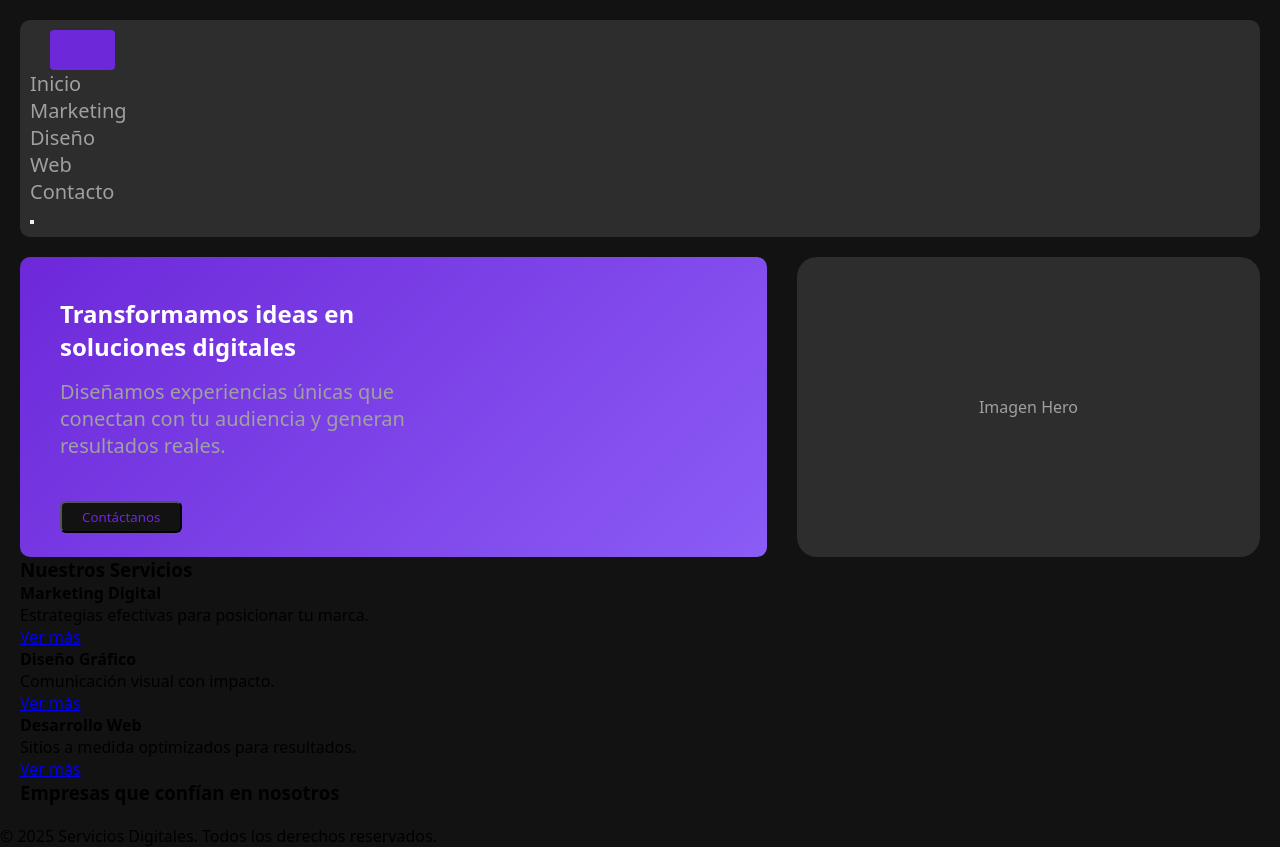
Repository: santinogarrone/TrabajoAgustin
Page: html/index.html
The author's editor kept a copy of each file at every save. The page is drawn from the files as they stood at one save, then again after the next save.
The browser window is 1280 px wide. The pictures show the whole page.

Above is the page before, as saved 2025-05-02 11:04:22.

### html/index.html
<!DOCTYPE html>
<html lang="en">
<head>
    <meta charset="UTF-8">
    <meta name="viewport" content="width=device-width, initial-scale=1.0">
    <link rel="stylesheet" href="../css/style.css">
    <title>Página de Agustin</title>
</head>
<body>

    <header>
        <nav class="nav-bar">
            <div class="cuadrado-violeta">

            </div>


            <ul class="nav-list">
                <li class="nav-item"><a href="">Inicio</a></li>
                <li class="nav-item"><a href="">Marketing</a></li>
                <li class="nav-item"><a href="">Diseño</a></li>
                <li class="nav-item"><a href="">Web</a></li>
                <li class="nav-item"><a href="">Contacto</a></li>
            </ul>

            <button class="menu-icon" aria-label="menu">
                <span class="menu-line"></span>
                <span class="menu-line"></span>
                <span class="menu-line"></span>
            </button>
        </nav>
    </header>
        <main>

            <section class="main-contact">
                <div class="contacto">
                    <h2 class="tit-contacto">Transformamos ideas en soluciones digitales</h2>
                    <p class="explicacion">Diseñamos experiencias únicas que conectan con tu audiencia y generan resultados reales.</p>

                    <button class="boton-contactar" onclick="location.href='../html/contacto.html'">
                        Contáctanos
                    </button>
                </div>

                <div class="img-hero">
                    Imagen Hero
                </div>
            </section>

            <section class="servicios">
                <h3>Nuestros Servicios</h3>

                <div class="card">
                    <h4>Marketing Digital</h4>
                    <p>Estrategias efectivas para posicionar tu marca.</p>
                    <a href="../html/marketing.html">Ver más</a>
                </div>

                <div class="card">
                    <h4>Diseño Gráfico</h4>
                    <p>Comunicación visual con impacto.</p>
                    <a href="#">Ver más</a>
                </div>

                <div class="card">
                    <h4>Desarrollo Web</h4>
                    <p>Sitios a medida optimizados para resultados.</p>
                    <a href="#">Ver más</a>
                </div>

            </section>

            <section class="empresas">
                <h3>Empresas que confían en nosotros</h3>
                <article class="logos">
                    <div class="logo"></div>
                    <div class="logo"></div>
                    <div class="logo"></div>
                    <div class="logo"></div>
                </article>

            </section>

        </main>

    <footer>
        <div class="ftr">
            <p>&copy; 2025 Servicios Digitales. Todos los derechos reservados.</p>
        </div>
    </footer>
</body>
</html>

### css/style.css
@import url(./global.css);

*{
    margin: 0;
    padding: 0;
    box-sizing: border-box;
    font-family: var(--font-family);
}


body{
    background-color: var(--fondo-color);
    height: 100%;
}

header{
    background-color: var(--superficie-dos);
    display: flex;
    justify-content: space-between;
    align-items: center;
    margin: 20px;
    border-radius: 10px;
    padding: 10px;
}
.cuadrado-violeta{
    display: block;
    width: 65px;
    height: 40px;
    background-color: var(--primary-color-original);
    border-radius: 4px;
    margin-left: 20px;
}


.nav-list{
    list-style: none;
    font-size: 20px;
    gap: 40px;
}

.nav-item a{
    text-decoration: none;
    color: var(--texto-secundario);
    transition: all .5s ease;
}

.nav-item a:hover{
    color: var(--texto-color);
}

main{
    margin: 20px;
}

.menu{
    display: none;
}

.main-contact{
    display: flex;
}

.contacto{
    display: flex;
    flex-direction: column;
    background: var(--primary-color-gradient);
    width: 800px;
    height: 300px;
    border-radius: 10px;
    padding: 40px;
    align-items: center;
}

.contacto .tit-contacto{
    color: var(--texto-color);
    padding-right: 270px;
}

.contacto .explicacion{
    color: var(--texto-secundario);
    padding-right: 300px;
    margin-top: 15px;
    margin-bottom: 30px;
    font-size: 20px;
}

.img-hero{
    background: var(--superficie-dos);
    width: 500px;
    height: 300px;
    margin-left: 30px;
    border-radius: 20px;
    display: flex;
    align-items: center;
    justify-content: center;
    color: var(--texto-secundario);
}
.boton-contactar {
    display: flex;
    margin-top: 12px;
    padding: 5px 20px;
    color: var(--primary-color-original);
    background: var(--fondo-color);
    border-radius: 6px;
    cursor: pointer;
    align-self: flex-start;
  }

@media (375px >= width) {

    body{
        background-color: var(--fondo-color);
        height: 100%;
    }

    header{
        background-color: var(--superficie-dos);
        position: sticky;
        top: 0;
        margin: 0;
        border-radius: 0;
    }

    main{
        margin: 0px;
    }
    .explicacion{
        display: none;
    }

    .nav-list{
        display: none;
    }

    .img-hero{
        display: none;
    }
    .cuadrado-violeta{
        display: block;
        width: 65px;
        height: 40px;
        background-color: var(--primary-color-original);
        border-radius: 4px;
        margin-left: 20px;
    }

    .menu{
        width: 30px;
        height: 30px;
        background: transparent;
        display: flex;
        flex-direction: column;
        gap: 4px;
        height: fit-content;
        border: none;
    }

    .menu-linea{
        width: 100%;
        height: 4px;
        background-color: var(--texto-color);
        border: none;
        border-radius: 4px;

    }

    .nav-bar{
        display: flex;
        justify-content: space-between;
        align-items: center;
        padding: 5px 16px;
    }


    .main-contact{
        display: flex;
        padding: 24px;
        justify-content: center;
        align-items: center;
    }

    .contacto{
        display: block;
        padding: 34px;
        background: var(--primary-color-gradient);
        border-radius: 10px;
        color: var(--texto-color);
        height: auto;
        font-size: 12px;
    }

    .contacto .tit-contacto{
        text-align: center;
        align-items: center;
        font-weight: bold;
        margin-top: 30px;
    }

    .boton-contactar{
        display: block;
        margin: 0 auto;
        margin-bottom: 20px;
        margin-top: 12px;
        padding: 5px 20px;
        color: var(--primary-claro);
        background-color: var(--fondo-color);
        border-radius: 6px;
        cursor: pointer;
    }

    .servicios{
        display: flex;
        flex-direction: column;
        margin: 0 20px;
    }

    .servicios h3{
        color: var(--texto-color);
    }

    .card{
        margin-top: 5px;
        align-items: center;
        justify-content: center;
        background-color: var(--superficie-dos);
        border-radius: 8px;
        padding: 12px;
        margin-bottom: 15px;
    }

    .card h4{
        color: var(--texto-color);
    }

    .card p{
        color: var(--texto-secundario);
        padding-bottom: 20px;
    }

    .card a{
        display: inline-block;
        margin-bottom: 20px;
        color: var(--texto-color);
        cursor: pointer;
    }

    .empresas{
        display: flex;
        flex-direction: column;
        align-items: flex-start;
        margin-left: 20px;
    }

    .empresas h3{
        color: var(--texto-color);
        margin-bottom: 1rem;
    }

    .logos{
        margin-top: 5px;
        width: 335px;
        display: flex;
        justify-content: center;
        align-items : center;
        gap: 5px;
        background-color: var(--superficie-dos);
        border-radius: 8px;
        padding: 20px;
        margin-bottom: 10px;
    }

    .logo{
        width: 60px;
        height: 30px;
        background-color: #444444;
        border-radius: 5px;
    }

    .ftr{
        background-color: var(--superficie-dos);
        border-radius: 8px;
        text-align: center;
        margin: 15px 10px;
        padding: 16px;
        color: var(--texto-secundario);
    }
}

### css/global.css
:root{
    --primary-color-gradient : linear-gradient(135deg, #6D28D9, #8B5CF6);
    --primary-color-original : #6D28D9;
    --primary-claro : #8b5cf6;
    --secundary-color : #10b981;
    --acento-color : #f5930b;
    --fondo-color : #121212;
    --superficie-color : #1e1e1e;
    --superficie-dos : #2d2d2d;
    --texto-secundario : #A0A0A0;

    --texto-color : #fff;
    --font-family : 'system-ui'
}

After the next save:
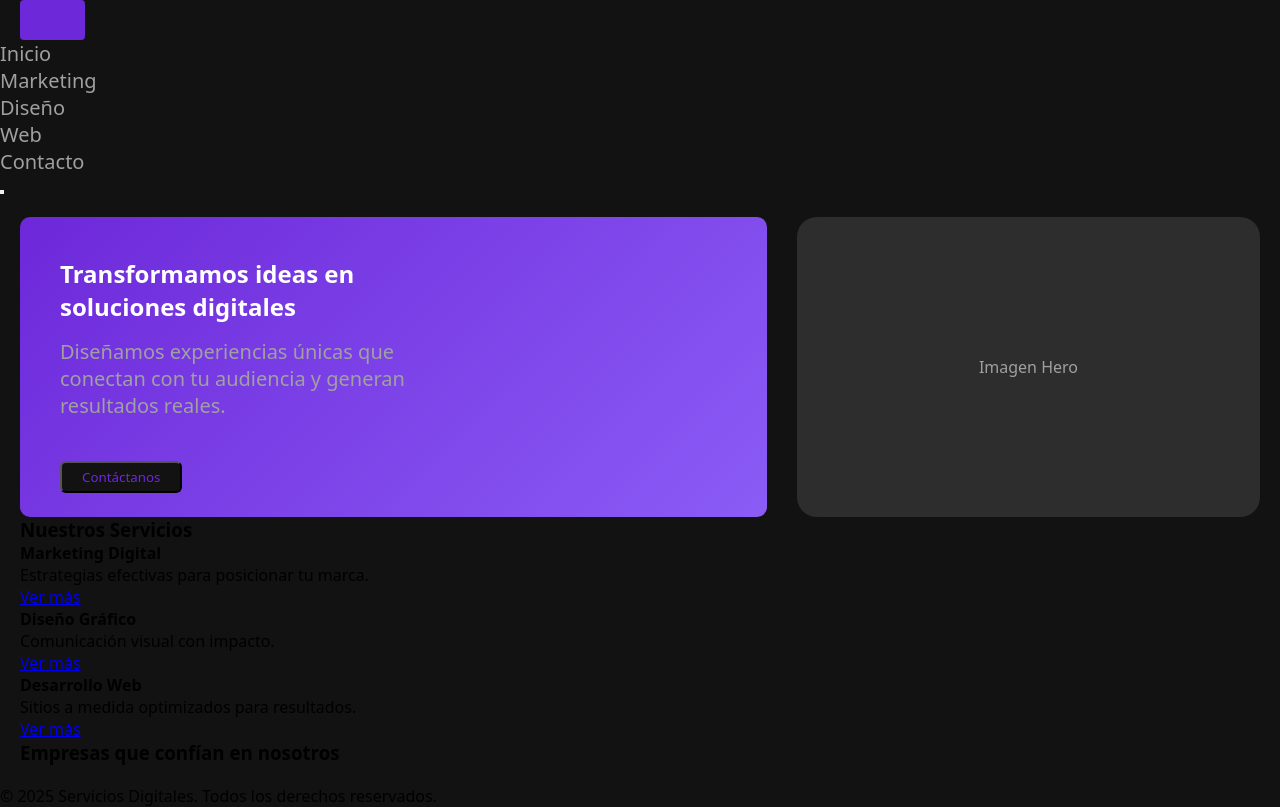
Saved 13 s later.
--- a/css/style.css
+++ b/css/style.css
@@ -13,15 +13,7 @@ body{
     height: 100%;
 }
 
-header{
-    background-color: var(--superficie-dos);
-    display: flex;
-    justify-content: space-between;
-    align-items: center;
-    margin: 20px;
-    border-radius: 10px;
-    padding: 10px;
-}
+
 .cuadrado-violeta{
     display: block;
     width: 65px;
